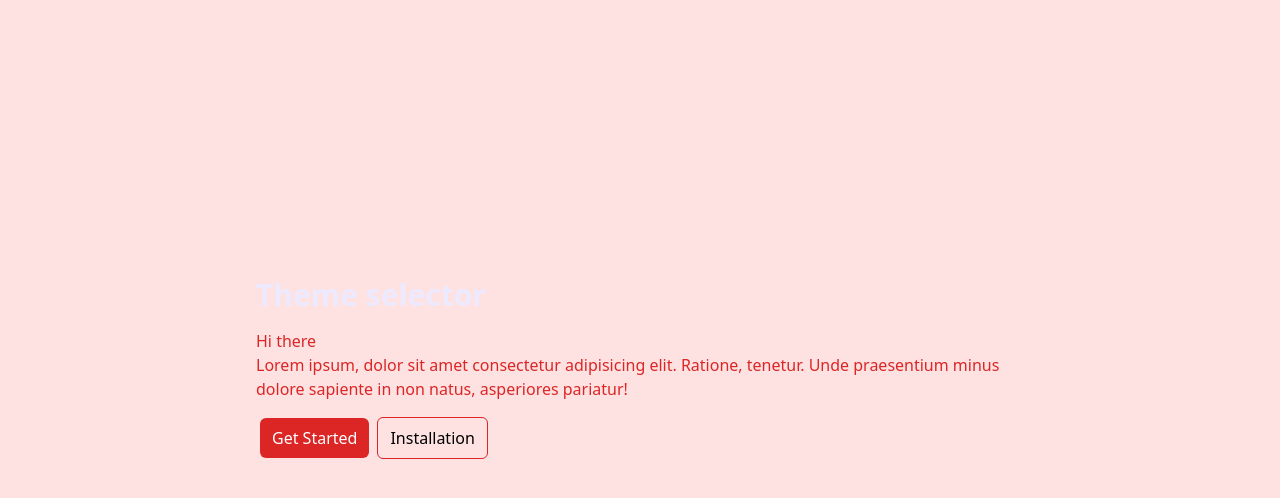
Repository: prince-bansal/tailwind-theme-switcher
Page: /
An editor plug-in stored every save of this project. The page is shown before and after the next save, followed by the edit.
The browser window is 1280 px wide. The pictures show the whole page.
The project was rebuilt for these pictures with package versions that can differ from the ones it lists, and the page was loaded fresh each time. Also part of the build but not shown: vite.config.ts, src/index.css.

Above is the page before, as saved 2024-03-17 19:27:03.

### src/App.tsx
import './App.css'

function App() {

  return (
    <div className="bg-red-100 min-h-screen flex items-center justify-center">
      <div className="w-[60%] m-auto">
        <h1 className="text-3xl text-heading my-4 font-bold">Theme selector</h1>
        <p className="text-red-600">Hi there</p>
        <p className="text-red-600">
          Lorem ipsum, dolor sit amet consectetur adipisicing elit. Ratione,
          tenetur. Unde praesentium minus dolore sapiente in non natus,
          asperiores pariatur!
        </p>
        <button className="mt-4 bg-red-600 text-white p-2 px-3 mx-1 rounded-md">
          Get Started
        </button>
        <button className="mt-4 border-red-600 border p-2 px-3 mx-1 rounded-md">
          Installation
        </button>
      </div>{" "}
    </div>
  );
}

export default App

### src/App.css
@tailwind base;
@tailwind components;
@tailwind utilities;

@layer base{
    :root {
        --heading-color: rgb(237 233 254);
        --bg-fill: rgb(219 234 254);
        --bg-button-accent: rgb(167 139 250);
        --border-color:rgb(167 139 250);;
    }
    .theme-blue{
        --heading-color: rgb(30 58 138);
        --bg-fill: rgb(219 234 254);
        --bg-button-accent: rgb(167 139 250);
        --border-color: rgb(147 197 253);
    }

    .theme-red{
        --heading-color: rgb(220 38 38);
        --bg-fill: rgb(254 226 226);
        --bg-button-accent: rgb(252 165 165);
        --border-color: rgb(252 165 165);
    }

    .theme-green{
        --heading-color: rgb(21 128 61);
        --bg-fill: rgb(220 252 231);
        --bg-button-accent: rgb(134 239 172);
        --border-color: rgb(134 239 172);
    }


}

### tailwind.config.js
/** @type {import('tailwindcss').Config} */
export default {
  content: ["./index.html", "./src/**/*.{js,ts,jsx,tsx}"],
  theme: {
    extend: {
      colors: {
        heading: "var(--heading-color)",
      },
      backgroundColor: {
        "btn-accent": "var(--bg-button-accent)",
        fill: "var(--bg-fill)",
      },
      borderColor: {
        primary: "var(--border-color)",
      },
    },
  },
  plugins: [],
};

Loaded but not shown: index.html (common file); src/main.tsx (common file)

After the next save:
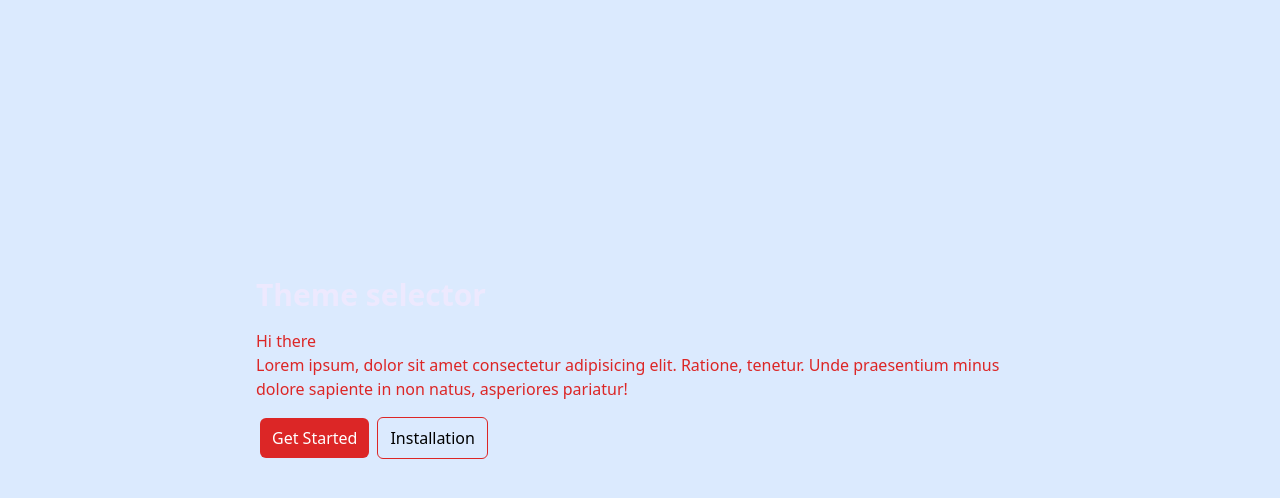
Saved 32 s later.
--- a/src/App.tsx
+++ b/src/App.tsx
@@ -3,7 +3,7 @@ import './App.css'
 function App() {
 
   return (
-    <div className="bg-red-100 min-h-screen flex items-center justify-center">
+    <div className="bg-fill min-h-screen flex items-center justify-center">
       <div className="w-[60%] m-auto">
         <h1 className="text-3xl text-heading my-4 font-bold">Theme selector</h1>
         <p className="text-red-600">Hi there</p>
